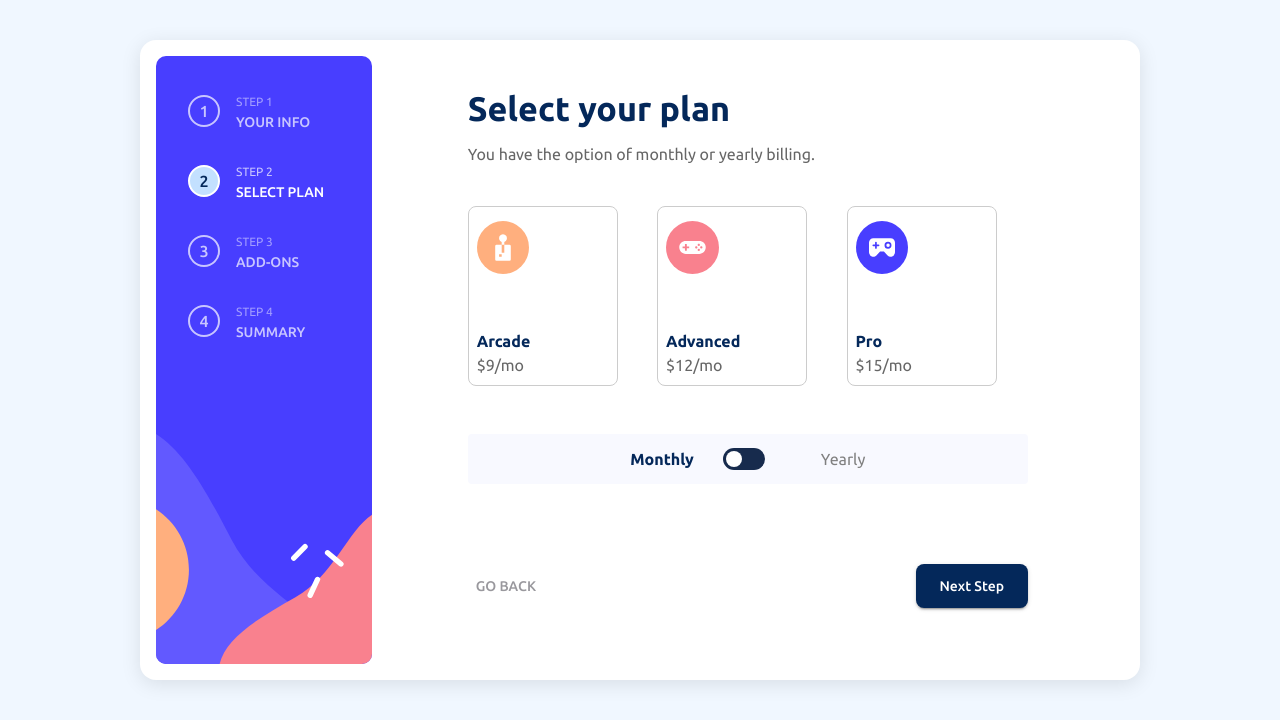
Repository: ozerrrs/chalange7days
Page: / (app in 7dayschalange/7dayschallange/), after clicking the first element matching `button.MuiButtonBase-root`
These files come from the project's save history. The page is drawn as it stood at one moment and after the next save; the edit follows.
The browser window is 1280 px wide. The pictures show the whole page.
The project was rebuilt for these pictures with package versions that can differ from the ones it lists, and the page was loaded fresh each time. Also part of the build but not shown: 7dayschalange/7dayschallange/vite.config.js.

Above is the page before, as saved 2025-03-07 02:29:55.

After the next save:
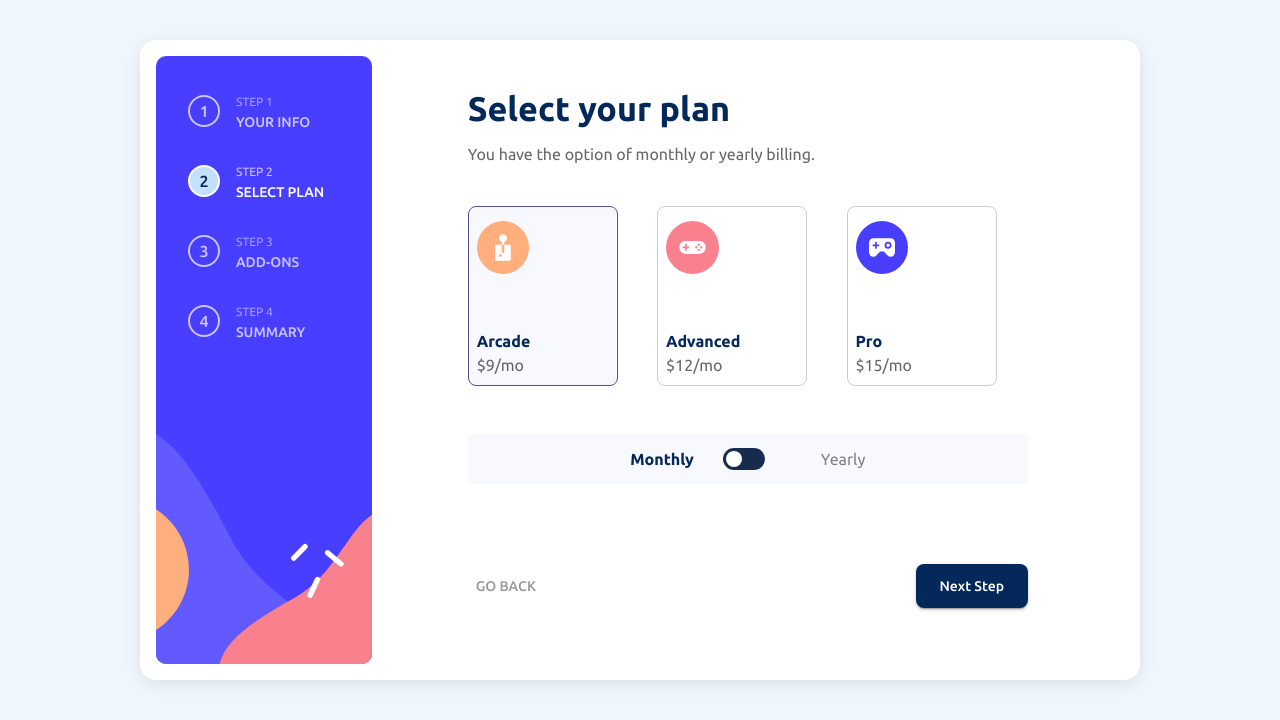
Saved 57 s later.
--- a/7dayschalange/7dayschallange/src/pages/firstPage.jsx
+++ b/7dayschalange/7dayschallange/src/pages/firstPage.jsx
@@ -337,7 +337,7 @@ function MultiStepForm() {
                   value="arcade"
                   control={<Radio sx={{ display: "none" }} />}
                   label={
-                    <PlanCard selected={formData.plan === "arcade"}>
+                    <PlanCard selected={formData.plan === "Arcade"}>
                       <img
                         src={arcadeIcon}
                         alt="background"
@@ -371,7 +371,7 @@ function MultiStepForm() {
                   value="advanced"
                   control={<Radio sx={{ display: "none" }} />}
                   label={
-                    <PlanCard selected={formData.plan === "advanced"}>
+                    <PlanCard selected={formData.plan === "Advanced"}>
                       <img
                         src={advancedIcon}
                         alt="background"
@@ -405,7 +405,7 @@ function MultiStepForm() {
                   value="pro"
                   control={<Radio sx={{ display: "none" }} />}
                   label={
-                    <PlanCard selected={formData.plan === "pro"}>
+                    <PlanCard selected={formData.plan === "Pro"}>
                       <img
                         src={proIcon}
                         alt="background"
@@ -585,7 +585,7 @@ function MultiStepForm() {
               Double check everything looks OK before confirming.
             </Typography>
             <FinishCard>
-              <Typography fontWeight="bold" sx={{ color: "#04285a" }}>
+              <Typography fontWeight="medium" sx={{ color: "#04285a" }}>
                 {formData.plan}
               </Typography>
             </FinishCard>
